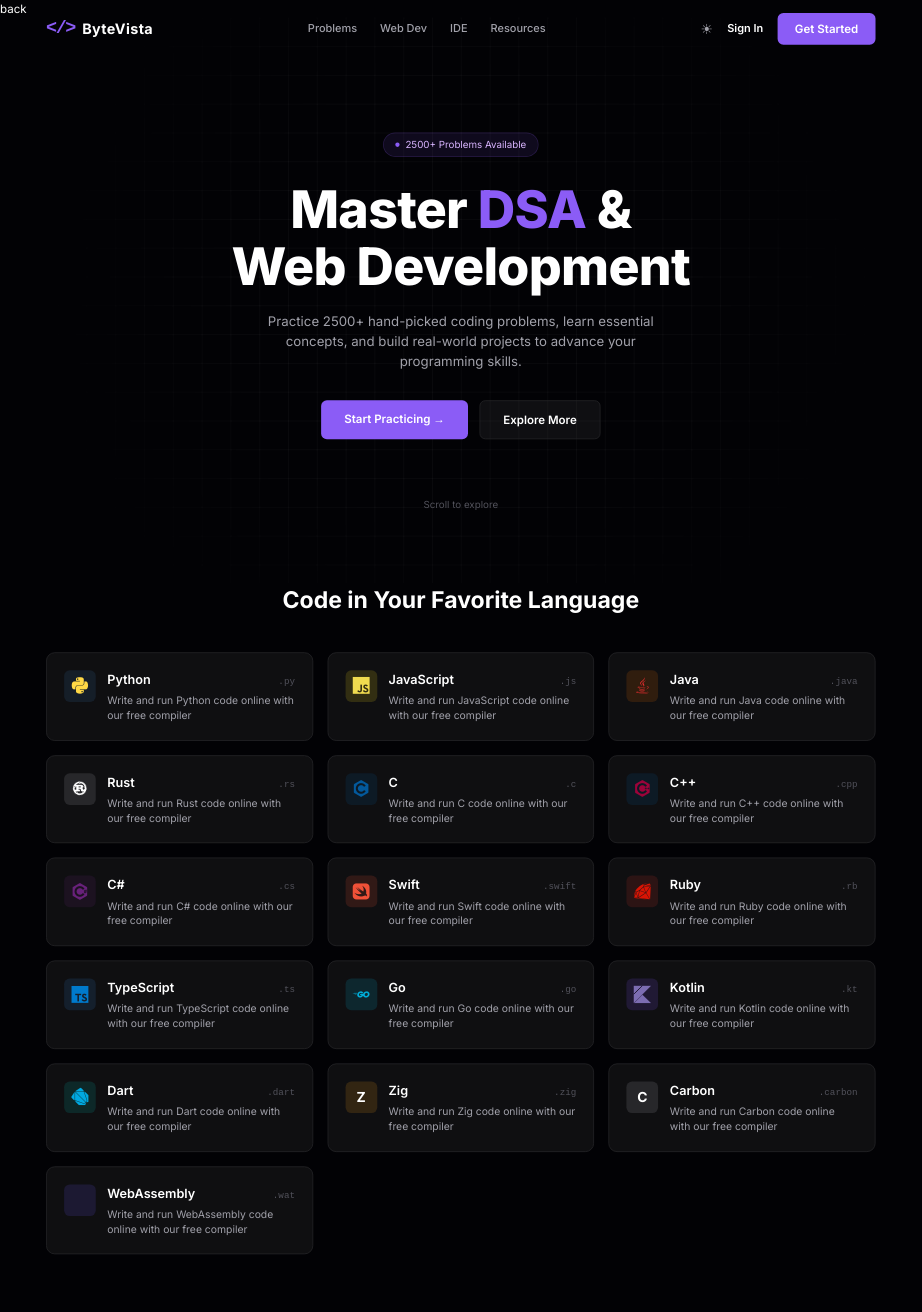
Repository: biswaranjansatapathy2005-lang/ByteVista
Page: frontend/language/language.html
The author's editor kept a copy of each file at every save. The page is drawn from the files as they stood at one save, then again after a run of saves.
The browser window is 1280 px wide. The pictures show the whole page, at 72% of full size.
Some web fonts or font styles are not loaded; a fallback is used.

Above is the page before, as saved 2025-12-13 01:19:27.

### frontend/language/language.html
<!DOCTYPE html>
<html lang="en">
<head>
    <meta charset="UTF-8">
    <meta name="viewport" content="width=device-width, initial-scale=1.0">
    <title>ByteVista - Master DSA & Web Dev</title>
    <link rel="stylesheet" href="language.css">

    <link rel="preconnect" href="https://fonts.googleapis.com">
    <link rel="preconnect" href="https://fonts.gstatic.com" crossorigin>
    <link href="https://fonts.googleapis.com/css2?family=Inter:wght@400;500;600;700;800&family=Courier+New:wght@700&display=swap" rel="stylesheet">

    <link rel="stylesheet" type='text/css' href="https://cdn.jsdelivr.net/gh/devicons/devicon@latest/devicon.min.css" />
</head>
<body>
    back
    <header class="navbar" id="navbar">
        <div class="container nav-container">
            <a href="#" class="brand-logo">
                <span class="logo-icon">&lt;/&gt;</span>
                <span class="logo-text">ByteVista</span>
            </a>

            <nav class="nav-links">
                <a href="#">Problems</a>
                <a href="#">Web Dev</a>
                <a href="#">IDE</a>
                <a href="#">Resources</a>
            </nav>

            <div class="nav-actions">
                 <button class="theme-toggle" aria-label="Toggle Theme">☀</button>
                 <a href="#" class="btn-signin">Sign In</a>
                 <a href="#" class="btn-primary">Get Started</a>
            </div>
        </div>
    </header>

    <main>
        <section class="hero-section">
            <div class="hero-bg-grid"></div> <div class="container hero-content">

                <div class="hero-badge">
                    <span class="dot"></span> 2500+ Problems Available
                </div>

                <h1>Master <span class="text-highlight">DSA</span> & <br> <span class="text-white">Web Development</span></h1>

                <p class="hero-desc">
                    Practice 2500+ hand-picked coding problems, learn essential concepts, and build real-world projects to advance your programming skills.
                </p>

                <div class="hero-buttons">
                    <a href="#" class="btn-primary large">Start Practicing &rarr;</a>
                    <a href="#" class="btn-secondary large">Explore More</a>
                </div>

                <div class="scroll-indicator">Scroll to explore</div>
            </div>
        </section>

        <section class="languages-section container">
            <h2 class="section-title">Code in Your Favorite Language</h2>
            <div id="language-grid" class="language-grid">
                </div>
        </section>
    </main>

    <script src="language.js"></script>
</body>
</html>

### frontend/language/language.css
/* --- Variables & Reset --- */
:root {
    --bg-main: #020205;       /* Very dark background */
    --bg-card: #0f0f11;       /* Card background */
    --bg-card-hover: #18181b;
    --primary-color: #8b5cf6; /* Violet/Purple */
    --primary-hover: #7c3aed;
    --text-main: #ffffff;
    --text-muted: #a1a1aa;
    --border-color: #27272a;
    --grid-line: rgba(255, 255, 255, 0.03);
    --font-main: 'Inter', sans-serif;
}

* { margin: 0; padding: 0; box-sizing: border-box; }

body {
    background-color: var(--bg-main);
    color: var(--text-main);
    font-family: var(--font-main);
    line-height: 1.5;
    overflow-x: hidden;
}

.container {
    max-width: 1200px;
    margin: 0 auto;
    padding: 0 24px;
}

a { text-decoration: none; color: inherit; transition: 0.2s; }
ul { list-style: none; }

/* --- Navbar (Glassmorphism) --- */
.navbar {
    position: fixed;
    top: 0; left: 0; width: 100%;
    padding: 18px 0;
    z-index: 1000;
    background-color: transparent;
    transition: all 0.3s ease;
    border-bottom: 1px solid transparent;
}

.navbar.scrolled {
    background: rgba(2, 2, 5, 0.75); /* Dark semi-transparent */
    backdrop-filter: blur(12px);     /* Glass Blur */
    -webkit-backdrop-filter: blur(12px);
    border-bottom: 1px solid rgba(255, 255, 255, 0.08);
    padding: 12px 0;
}

.nav-container {
    display: flex;
    justify-content: space-between;
    align-items: center;
}

/* Logo */
.brand-logo {
    display: flex;
    align-items: center;
    gap: 10px;
}
.logo-icon {
    font-family: 'Courier New', monospace;
    color: var(--primary-color);
    font-weight: 800;
    font-size: 1.6rem;
    letter-spacing: -2px;
}
.logo-text {
    font-weight: 700;
    font-size: 1.25rem;
    letter-spacing: 0.5px;
}

/* Nav Links */
.nav-links { display: flex; gap: 32px; }
.nav-links a {
    color: var(--text-muted);
    font-weight: 500;
    font-size: 0.95rem;
}
.nav-links a:hover { color: #fff; }

/* Nav Buttons */
.nav-actions { display: flex; align-items: center; gap: 20px; }
.theme-toggle { background: none; border: none; color: var(--text-muted); font-size: 1.2rem; cursor: pointer; }
.btn-signin { font-weight: 600; font-size: 0.95rem; }
.btn-primary {
    background-color: var(--primary-color);
    color: #fff;
    padding: 10px 24px;
    border-radius: 8px;
    font-weight: 600;
    transition: transform 0.2s, background-color 0.2s;
}
.btn-primary:hover {
    background-color: var(--primary-hover);
    transform: translateY(-1px);
}

/* --- Hero Section --- */
.hero-section {
    position: relative;
    padding: 160px 0 100px;
    text-align: center;
    overflow: hidden;
}

/* Background Grid Pattern */
.hero-bg-grid {
    position: absolute;
    top: 0; left: 0; width: 100%; height: 100%;
    background-image:
        linear-gradient(var(--grid-line) 1px, transparent 1px),
        linear-gradient(90deg, var(--grid-line) 1px, transparent 1px);
    background-size: 40px 40px;
    mask-image: radial-gradient(circle at center, black 40%, transparent 80%);
    -webkit-mask-image: radial-gradient(circle at center, black 40%, transparent 80%);
    z-index: -1;
    pointer-events: none;
}

.hero-content {
    display: flex;
    flex-direction: column;
    align-items: center;
}

/* Badge Pill */
.hero-badge {
    background: rgba(139, 92, 246, 0.1);
    border: 1px solid rgba(139, 92, 246, 0.2);
    padding: 6px 16px;
    border-radius: 50px;
    font-size: 0.85rem;
    color: #d8b4fe;
    margin-bottom: 32px;
    display: inline-flex;
    align-items: center;
    gap: 8px;
}
.hero-badge .dot {
    width: 6px; height: 6px; background-color: var(--primary-color); border-radius: 50%;
}

/* Typography */
.hero-section h1 {
    font-size: 4.5rem;
    font-weight: 800;
    line-height: 1.1;
    margin-bottom: 24px;
    letter-spacing: -1px;
}
.text-highlight { color: var(--primary-color); }

.hero-desc {
    color: var(--text-muted);
    font-size: 1.15rem;
    max-width: 600px;
    margin-bottom: 40px;
}

/* Hero Buttons */
.hero-buttons { display: flex; gap: 16px; margin-bottom: 80px; }
.btn-primary.large { padding: 14px 32px; font-size: 1rem; }
.btn-secondary.large {
    padding: 14px 32px;
    font-size: 1rem;
    background: rgba(255,255,255,0.05);
    border: 1px solid var(--border-color);
    border-radius: 8px;
    font-weight: 600;
}
.btn-secondary.large:hover { background: rgba(255,255,255,0.1); }

.scroll-indicator {
    color: #52525b;
    font-size: 0.85rem;
    animation: bounce 2s infinite;
}

@keyframes bounce {
    0%, 20%, 50%, 80%, 100% {transform: translateY(0);}
    40% {transform: translateY(-5px);}
    60% {transform: translateY(-3px);}
}

/* --- Languages Section --- */
.languages-section { padding-bottom: 80px; }
.section-title {
    text-align: center;
    margin-bottom: 48px;
    font-size: 2rem;
    font-weight: 700;
}

/* Grid Layout */
.language-grid {
    display: grid;
    grid-template-columns: repeat(auto-fill, minmax(300px, 1fr));
    gap: 20px;
}

/* Card Styling */
.language-card {
    background-color: var(--bg-card);
    border: 1px solid var(--border-color);
    border-radius: 12px;
    padding: 24px;
    display: flex;
    align-items: flex-start;
    gap: 16px;
    cursor: pointer;
    position: relative;
    transition: all 0.3s ease;
    overflow: hidden;
}

/* Card Hover Effects */
.language-card:hover {
    transform: translateY(-4px);
    background-color: var(--bg-card-hover);
    border-color: #3f3f46;
    box-shadow: 0 10px 30px -10px rgba(0,0,0,0.5);
}

/* Glow Effect */
.language-card::before {
    content: '';
    position: absolute;
    top: 0; left: 0; width: 100%; height: 100%;
    background: radial-gradient(600px circle at var(--mouse-x, center) var(--mouse-y, center), rgba(255,255,255,0.04), transparent 40%);
    opacity: 0;
    transition: opacity 0.3s;
    pointer-events: none;
    z-index: 1;
}
.language-card:hover::before { opacity: 1; }

/* Icon Box */
.card-icon {
    width: 44px; height: 44px;
    border-radius: 8px;
    display: flex;
    align-items: center;
    justify-content: center;
    flex-shrink: 0;
}
.card-icon i { font-size: 24px; }
.card-icon span { font-size: 1.2rem; font-weight: bold; color: #fff; }

/* Content */
.card-content { z-index: 2; flex-grow: 1; }
.card-header {
    display: flex; justify-content: space-between; align-items: baseline;
    margin-bottom: 6px;
}
.lang-name { font-size: 1.1rem; font-weight: 600; color: #fff; }
.lang-ext { font-size: 0.8rem; color: #52525b; font-family: monospace; }
.card-desc { font-size: 0.9rem; color: var(--text-muted); line-height: 1.4; }

/* Responsive Adjustments */
@media (max-width: 768px) {
    .hero-section h1 { font-size: 2.5rem; }
    .nav-links { display: none; } /* Hide links on mobile for simplicity */
}

### frontend/language/language.js
document.addEventListener('DOMContentLoaded', () => {

    // --- 1. Navbar Glass Effect Logic ---
    const navbar = document.getElementById('navbar');

    window.addEventListener('scroll', () => {
        if (window.scrollY > 20) {
            navbar.classList.add('scrolled');
        } else {
            navbar.classList.remove('scrolled');
        }
    });


    // --- 2. Language Cards Data ---
    const languages = [
        { name: 'Python', ext: '.py', desc: 'Write and run Python code online with our free compiler', icon: 'devicon-python-plain colored', bg: 'rgba(55, 118, 171, 0.15)' },
        { name: 'JavaScript', ext: '.js', desc: 'Write and run JavaScript code online with our free compiler', icon: 'devicon-javascript-plain colored', bg: 'rgba(247, 223, 30, 0.15)' },
        { name: 'Java', ext: '.java', desc: 'Write and run Java code online with our free compiler', icon: 'devicon-java-plain colored', bg: 'rgba(231, 111, 0, 0.15)' },
        { name: 'Rust', ext: '.rs', desc: 'Write and run Rust code online with our free compiler', icon: 'devicon-rust-plain', bg: '#27272a' }, // Rust is white
        { name: 'C', ext: '.c', desc: 'Write and run C code online with our free compiler', icon: 'devicon-c-plain colored', bg: 'rgba(0, 89, 156, 0.15)' },
        { name: 'C++', ext: '.cpp', desc: 'Write and run C++ code online with our free compiler', icon: 'devicon-cplusplus-plain colored', bg: 'rgba(0, 89, 156, 0.15)' },
        { name: 'C#', ext: '.cs', desc: 'Write and run C# code online with our free compiler', icon: 'devicon-csharp-plain colored', bg: 'rgba(104, 33, 122, 0.15)' },
        { name: 'Swift', ext: '.swift', desc: 'Write and run Swift code online with our free compiler', icon: 'devicon-swift-plain colored', bg: 'rgba(240, 81, 56, 0.15)' },
        { name: 'Ruby', ext: '.rb', desc: 'Write and run Ruby code online with our free compiler', icon: 'devicon-ruby-plain colored', bg: 'rgba(204, 52, 45, 0.15)' },
        { name: 'TypeScript', ext: '.ts', desc: 'Write and run TypeScript code online with our free compiler', icon: 'devicon-typescript-plain colored', bg: 'rgba(49, 120, 198, 0.15)' },
        { name: 'Go', ext: '.go', desc: 'Write and run Go code online with our free compiler', icon: 'devicon-go-original-wordmark colored', bg: 'rgba(0, 173, 216, 0.15)' },
        { name: 'Kotlin', ext: '.kt', desc: 'Write and run Kotlin code online with our free compiler', icon: 'devicon-kotlin-plain colored', bg: 'rgba(127, 82, 255, 0.15)' },
        { name: 'Dart', ext: '.dart', desc: 'Write and run Dart code online with our free compiler', icon: 'devicon-dart-plain colored', bg: 'rgba(0, 180, 171, 0.15)' },
        { name: 'Zig', ext: '.zig', desc: 'Write and run Zig code online with our free compiler', fallback: 'Z', bg: 'rgba(247, 164, 29, 0.15)' },
        { name: 'Carbon', ext: '.carbon', desc: 'Write and run Carbon code online with our free compiler', fallback: 'C', bg: '#27272a' },
        { name: 'WebAssembly', ext: '.wat', desc: 'Write and run WebAssembly code online with our free compiler', icon: 'devicon-wasm-plain colored', bg: 'rgba(101, 79, 240, 0.15)' },
    ];


    // --- 3. Render Cards & Add Hover Effect ---
    const grid = document.getElementById('language-grid');

    languages.forEach(lang => {
        const card = document.createElement('div');
        card.className = 'language-card';

        // Icon Logic
        let iconHtml;
        if (lang.icon) {
            iconHtml = `<i class="${lang.icon}"></i>`;
        } else {
            iconHtml = `<span>${lang.fallback}</span>`;
        }

        card.innerHTML = `
            <div class="card-icon" style="background-color: ${lang.bg}">
                ${iconHtml}
            </div>
            <div class="card-content">
                <div class="card-header">
                    <h3 class="lang-name">${lang.name}</h3>
                    <span class="lang-ext">${lang.ext}</span>
                </div>
                <p class="card-desc">${lang.desc}</p>
            </div>
        `;

        // Mouse Move Glow Effect
        card.addEventListener('mousemove', (e) => {
            const rect = card.getBoundingClientRect();
            const x = e.clientX - rect.left;
            const y = e.clientY - rect.top;
            card.style.setProperty('--mouse-x', `${x}px`);
            card.style.setProperty('--mouse-y', `${y}px`);
        });

        grid.appendChild(card);
    });
});

After the next 5 saves:
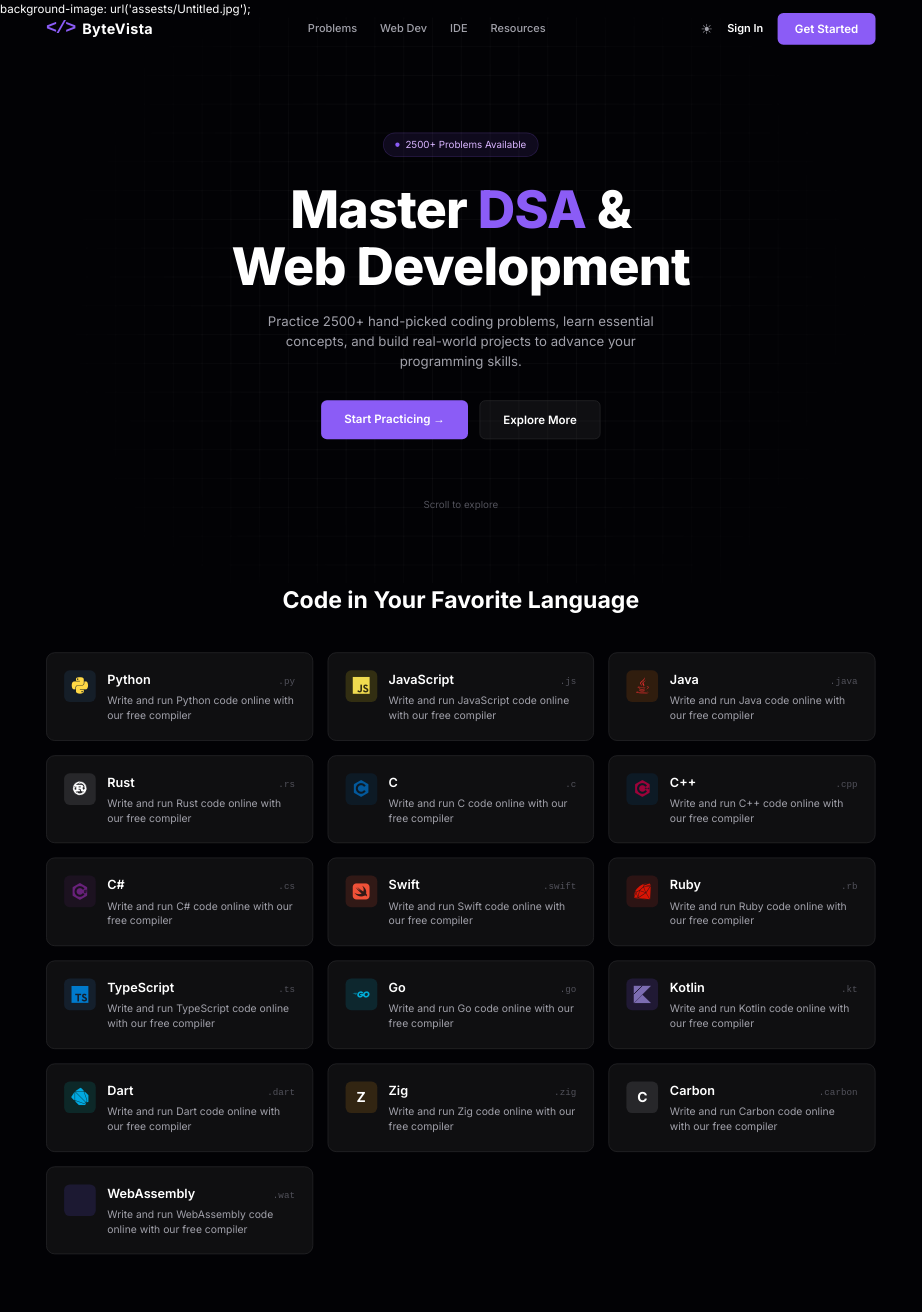
The 5 saves are shown as one change because they came seconds apart.
The last was saved 14 s later.
--- a/frontend/language/language.html
+++ b/frontend/language/language.html
@@ -13,7 +13,7 @@
     <link rel="stylesheet" type='text/css' href="https://cdn.jsdelivr.net/gh/devicons/devicon@latest/devicon.min.css" />
 </head>
 <body>
-    back
+    background-image: url('assests/Untitled.jpg');
     <header class="navbar" id="navbar">
         <div class="container nav-container">
             <a href="#" class="brand-logo">
